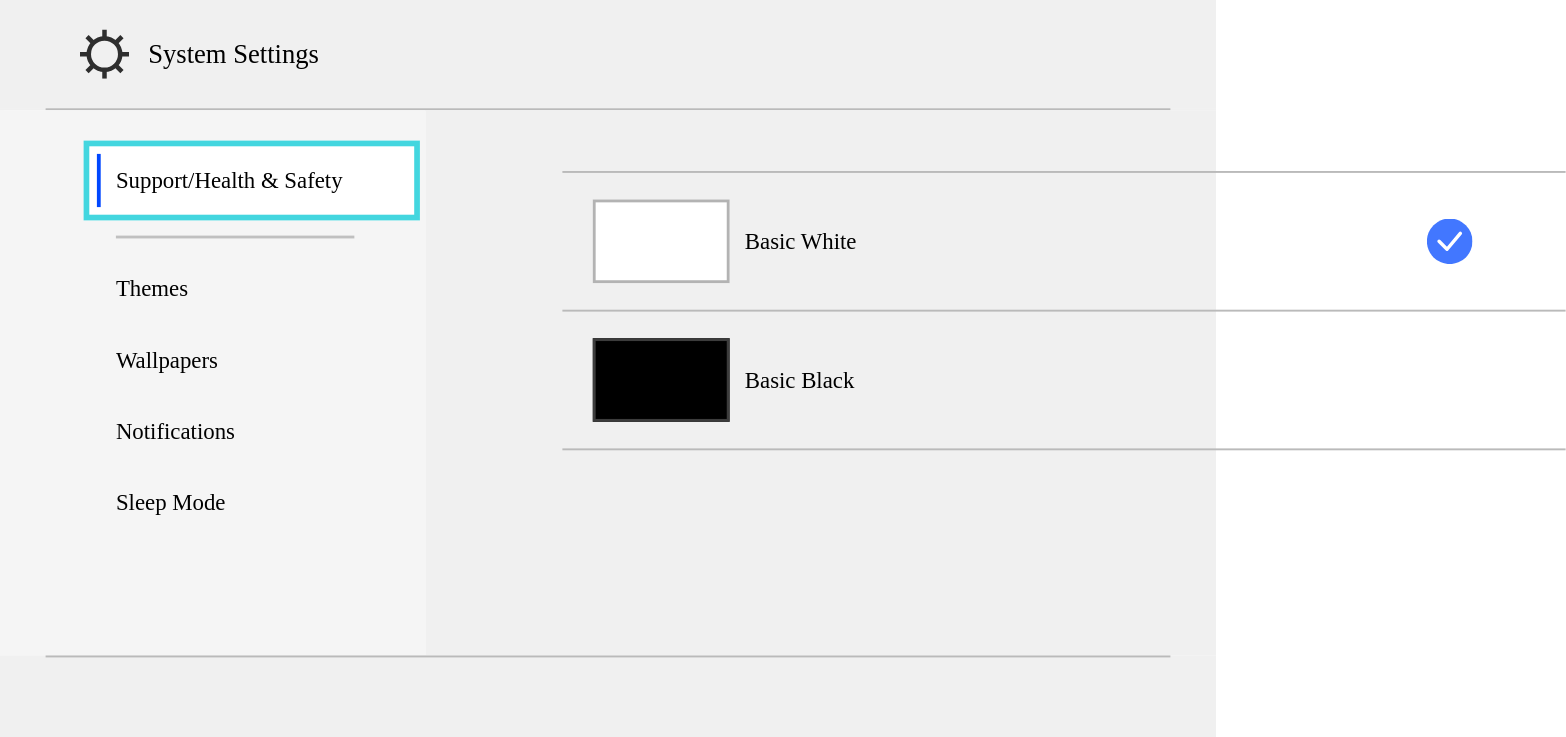
Repository: danielj1415/nintendoSwitchUI2
Page: /settings
The author's editor kept a copy of each file at every save. The page is drawn from the files as they stood at one save, then again after the next save.
The browser window is 1280 px wide. The page is 1648 px wide, then 1280 px, then 1648 px, so the pictures cover 1648 px, including what lies to the right of the window. The pictures show the whole page, at 95% of full size.
The project was rebuilt for these pictures with package versions that can differ from the ones it lists, and the page was loaded fresh each time. Also part of the build but not shown: vite.config.js, src/ScreenHome.jsx.

Above is the page before, as saved 2024-09-30 09:55:55.

After the next save:
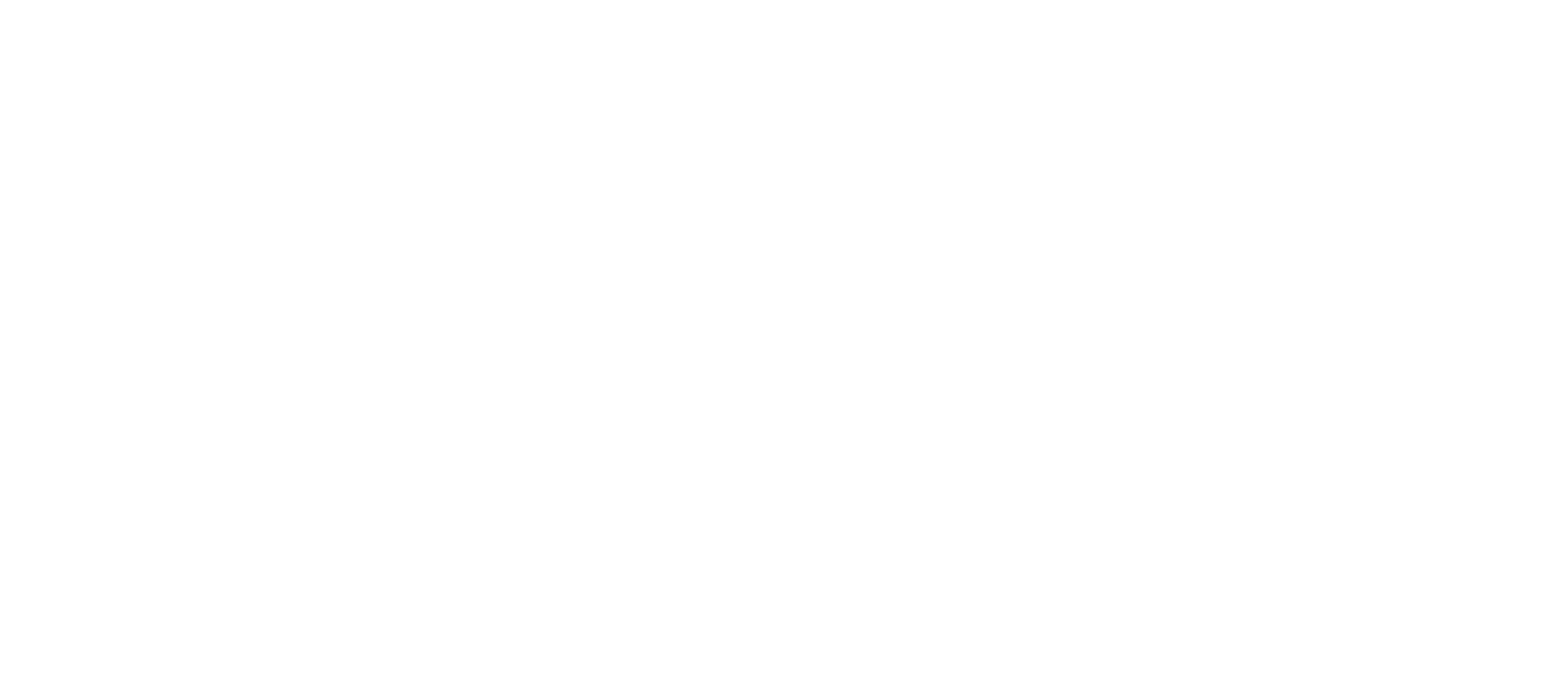
Console error: ReferenceError: ScreenSettings is not defined
Saved 16 s later.
--- a/src/App.jsx
+++ b/src/App.jsx
@@ -1,6 +1,5 @@
 import { BrowserRouter as Router, Routes, Route } from "react-router-dom";
 import ScreenHome from "./ScreenHome";
-import ScreenSettings from "./ScreenSettings";
 import './App.css';
 
 function App() {

After the save that followed:
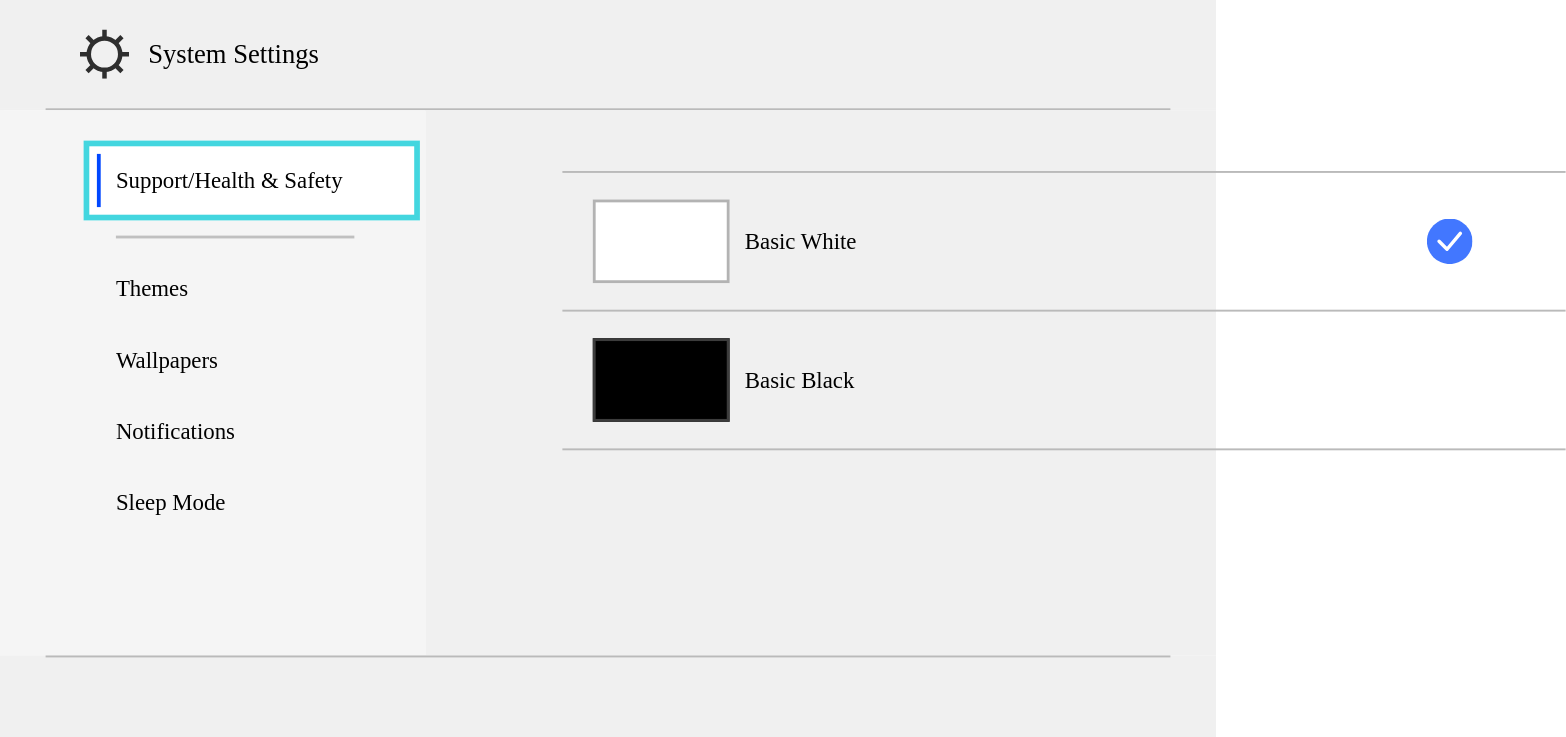
The error is gone.
Saved 6 s later.
--- a/src/App.jsx
+++ b/src/App.jsx
@@ -1,5 +1,6 @@
 import { BrowserRouter as Router, Routes, Route } from "react-router-dom";
 import ScreenHome from "./ScreenHome";
+import ScreenSettings from "./ScreenSettings";
 import './App.css';
 
 function App() {
